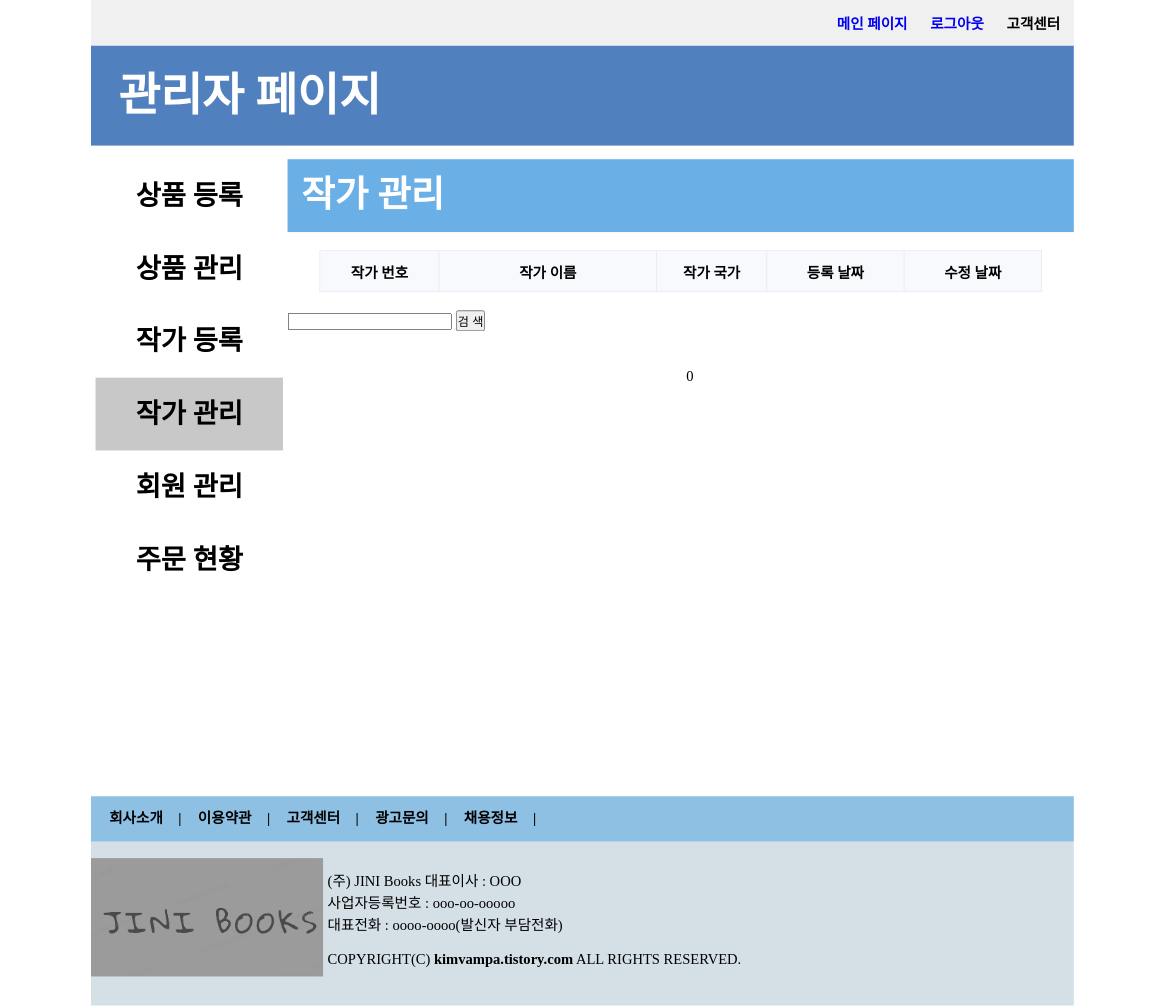
Repository: leechanjin7/ShoppingMall
Page: http://localhost/ShoppingMall/WEB-INF/views/admin/authorManage.jsp
The author's editor kept a copy of each file at every save. The page is drawn from the files as they stood at one save, then again after the next save.
The browser window is 1280 px wide. The pictures show the whole page, at 91% of full size.
The page is served by Tomcat 9. Nobody is signed in. The template is opened directly, without the code that normally fills it, so the values that code supplies are empty.

Above is the page before, as saved 2023-09-08 02:41:49.

After the next save:
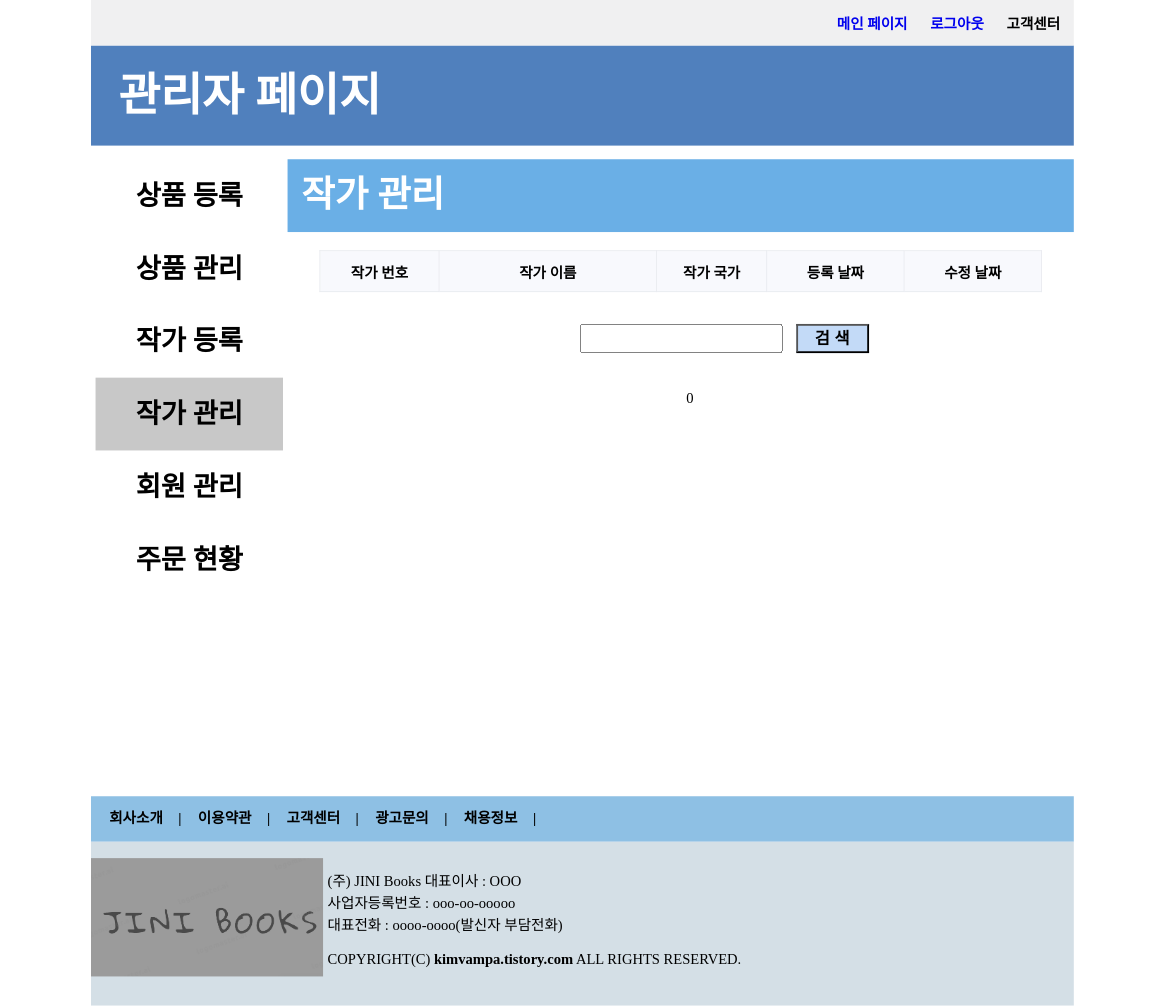
Saved 8 min 35 s later.
--- a/workspace/ShoppingMall/src/main/webapp/resources/css/admin/authorManage.css
+++ b/workspace/ShoppingMall/src/main/webapp/resources/css/admin/authorManage.css
@@ -233,6 +233,30 @@ ul{
 	font-weight:400;
 }
 
+/* 검색 영역 */
+.search_wrap{
+	margin-top:15px;
+}
+.search_input{
+    position: relative;
+    text-align:center;
+}
+.search_input input[name='keyword']{
+	padding: 4px 10px;
+    font-size: 15px;
+    height: 20px;
+    line-height: 20px;
+}
+.search_btn{
+	height: 32px;
+    width: 80px;
+    font-weight: 600;
+    font-size: 18px;
+    line-height: 20px;
+    position: absolute;
+    margin-left: 15px;
+    background-color: #c3daf7;
+}
 
 
 
